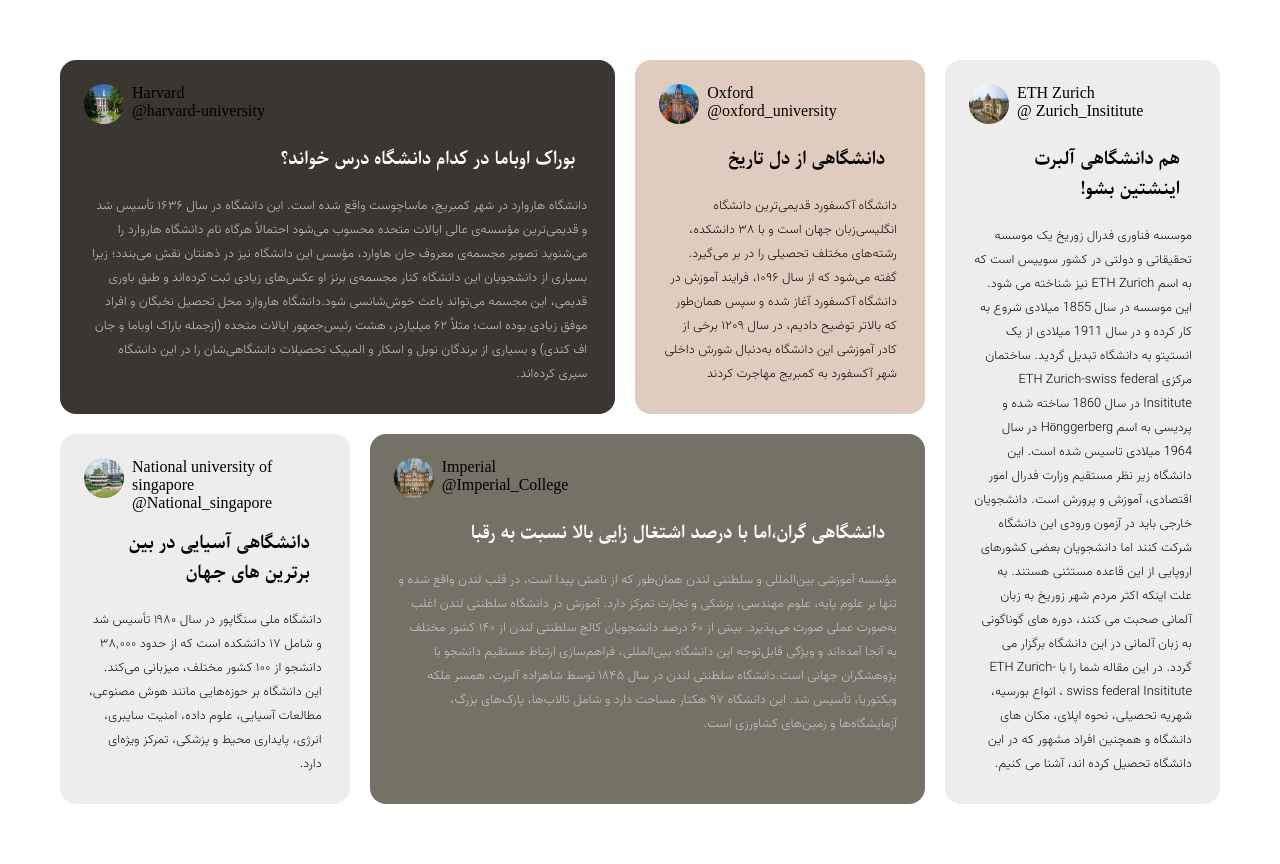
Repository: rahanwz/cards
Page: cards.html
An editor plug-in stored every save of this project. The page is shown before and after the next save, followed by the edit.
The browser window is 1280 px wide. The pictures show the whole page.

Above is the page before, as saved 2024-02-17 16:13:18.

### cards.html
<!DOCTYPE html>
<html lang="en">
  <head>
    <meta charset="UTF-8" />
    <meta name="viewport" content="width=device-width, initial-scale=1.0" />
    <title>Document</title>
    <link rel="stylesheet" href="cards.css" />
  </head>
  <body>
    <div class="container">
      <div class="boxcard1">
        <div class="cardcontainer big-card">
          <div class="card1">
            <div class="head">
              <div class="profile">
                <div class="profilecontaner">
                  <img
                    src="harvard-university-6591e0b9df73096be8d614ee.webp"
                    alt=""
                  />
                </div>
              </div>

              <div>
                <div class="user">Harvard</div>
                <div class="id">@harvard-university</div>
              </div>
            </div>
            <div class="descrip1" style="color: #ffffff;">بوراک اوباما در کدام دانشگاه درس خواند؟</div>
            <div class="descrip2" style=" color: #d0d0d0;">
              دانشگاه هاروارد در شهر کمبریج، ماساچوست واقع شده است. این دانشگاه
              در سال ۱۶۳۶ تأسیس شد و قدیمی‌ترین مؤسسه‌ی عالی ایالات متحده محسوب
              می‌شود احتمالاً هرگاه نام دانشگاه هاروارد را می‌شنوید تصویر
              مجسمه‌ی معروف جان هاوارد، مؤسس این دانشگاه نیز در ذهنتان نقش
              می‌بندد؛ زیرا بسیاری از دانشجویان این دانشگاه کنار مجسمه‌ی برنز او
              عکس‌های زیادی ثبت کرده‌اند و طبق باوری قدیمی، این مجسمه می‌تواند
              باعث خوش‌شانسی شود.دانشگاه هاروارد محل تحصیل نخبگان و افراد موفق
              زیادی بوده است؛ مثلاً ۶۲ میلیاردر، هشت‌ رئیس‌جمهور ایالات متحده
              (ازجمله باراک اوباما و جان اف کندی) و بسیاری از برندگان نوبل و
              اسکار و المپیک تحصیلات دانشگاهی‌شان را در این دانشگاه سپری
              کرده‌اند.
            </div>
          </div>
        </div>

        <div class="cardcontainer small-card">
          <div class="card2">
            <div class="head">
              <div class="profile">
                <div class="profilecontaner">
                  <img
                    src="oxford-university-jpg-6591b422df73096be8d6145c.webp"
                    alt=""
                  />
                </div>
              </div>
              <div>
                <div class="user">Oxford</div>
                <div class="id">@oxford_university</div>
              </div>
            </div>
            <div class="descrip1">دانشگاهی از دل تاریخ</div>
            <div class="descrip2">
              دانشگاه آکسفورد قدیمی‌ترین دانشگاه انگلیسی‌زبان جهان است و با ۳۸
              دانشکده، رشته‌های مختلف تحصیلی را در بر می‌گیرد. گفته می‌شود که از
              سال ۱۰۹۶، فرایند آموزش در دانشگاه آکسفورد آغاز شده و سپس همان‌طور
              که بالاتر توضیح دادیم، در سال ۱۲۰۹ برخی از کادر آموزشی این دانشگاه
              به‌دنبال شورش داخلی شهر آکسفورد به کمبریج مهاجرت کردند
            </div>
          </div>
        </div>

        <div class="cardcontainer small-card">
          <div class="card3">
            <div class="head">
              <div class="profile">
                <div class="profilecontaner">
                  <img src="nus-6591f1acdf73096be8d61515.webp" alt="" />
                </div>
              </div>

              <div>
                <div class="user">National university of singapore</div>
                <div class="id">@National_singapore</div>
              </div>
            </div>
            <div class="descrip1">دانشگاهی آسیایی در بین برترین های جهان</div>
            <div class="descrip2">
              دانشگاه ملی سنگاپور در سال ۱۹۸۰ تأسیس شد و شامل ۱۷ دانشکده‌ است که
              از حدود ۳۸٬۰۰۰ دانشجو از ۱۰۰ کشور مختلف، میزبانی می‌کند. این
              دانشگاه بر حوزه‌هایی مانند هوش مصنوعی، مطالعات آسیایی، علوم داده،
              امنیت سایبری، انرژی، پایداری محیط و پزشکی، تمرکز ویژه‌ای دارد.
            </div>
          </div>
        </div>
        <div class="cardcontainer big-card">
          <div class="card4">
            <div class="head">
              <div class="profile">
                <div class="profilecontaner">
                  <img
                    src="imperial-college-london-6591e911df73096be8d614fb.webp"
                    alt=""
                  />
                </div>
              </div>

              <div>
                <div class="user">Imperial</div>
                <div class="id">@Imperial_College</div>
              </div>
            </div>
            <div class="descrip1" style="color: #ffffff;">
              دانشگاهی گران،اما با درصد اشتغال زایی بالا نسبت به رقبا
            </div>
            <div class="descrip2" style="color: #cfcfcf;">
              مؤسسه آموزشی بین‌المللی و سلطنتی لندن همان‌طور که از نامش پیدا
              است، در قلب لندن واقع شده و تنها بر علوم پایه، علوم مهندسی، پزشکی
              و تجارت تمرکز دارد. آموزش در دانشگاه سلطنتی لندن اغلب به‌صورت عملی
              صورت می‌پذیرد. بیش از ۶۰ درصد دانشجویان کالج سلطنتی لندن از ۱۴۰
              کشور مختلف به آنجا آمده‌اند و ویژگی قابل‌توجه این دانشگاه
              بین‌المللی، فراهم‌سازی ارتباط مستقیم دانشجو با پژوهشگران جهانی
              است.دانشگاه سلطنتی لندن در سال ۱۸۴۵ توسط شاهزاده آلبرت، همسر ملکه
              ویکتوریا، تأسیس شد. این دانشگاه ۹۷ هکتار مساحت دارد و شامل
              تالاب‌ها، پارک‌های بزرگ، آزمایشگاه‌ها و زمین‌های کشاورزی است.
            </div>
          </div>
        </div>
      </div>
      <div class="boxcard2">
        <div class="cardcontainer">
          <div class="card5">
            <div class="head">
              <div class="profile">
                <div class="profilecontaner">
                  <img src="zurich-eth-6591f083df73096be8d6150c.webp" alt="" />
                </div>
              </div>

              <div>
                <div class="user">ETH Zurich</div>
                <div class="id">@ Zurich_Insititute</div>
              </div>
            </div>
            <div class="descrip1" ">هم دانشگاهی آلبرت اینشتین بشو!</div>
            <div class="descrip2">
              موسسه فناوری فدرال زوریخ یک موسسه تحقیقاتی و دولتی در کشور سوییس
              است که به اسم ETH Zurich نیز شناخته می شود. این موسسه در سال 1855
              میلادی شروع به کار کرده و در سال 1911 میلادی از یک انستیتو به
              دانشگاه تبدیل گردید. ساختمان مرکزی ETH Zurich-swiss federal
              Insititute در سال 1860 ساخته شده و پردیسی به اسم Hönggerberg در
              سال 1964 میلادی تاسیس شده است. این دانشگاه زیر نظر مستقیم وزارت
              فدرال امور اقتصادی، آموزش و پرورش است. دانشجویان خارجی باید در
              آزمون ورودی این دانشگاه شرکت کنند اما دانشجویان بعضی کشورهای
              اروپایی از این قاعده مستثنی هستند. به علت اینکه اکثر مردم شهر
              زوریخ به زبان آلمانی صحبت می کنند، دوره های گوناگونی به زبان
              آلمانی در این دانشگاه برگزار می گردد. در این مقاله شما را با ETH
              Zurich-swiss federal Insititute ، انواع بورسیه، شهریه تحصیلی، نحوه
              اپلای، مکان های دانشگاه و همچنین افراد مشهور که در این دانشگاه
              تحصیل کرده اند، آشنا می کنیم.
            </div>
          </div>
        </div>
      </div>
    </div>
  </body>
</html>

### cards.css
* {
  padding: 0;
  margin: 0;
  box-sizing: border-box;
}

.container {
  display: flex;
  flex-direction: column;
  width: 100%;
  height: auto;
  padding: 3rem 2.5rem;
}

.head {
  display: flex;
}

.cardcontainer {
  width: 100%;
  padding: 10px;
}

.card1 {
  background-color: #3c3633;
  padding: 1.5rem;
  border-radius: 1rem;
}
.profile img {
  width: 40px;
  height: 40px;
  margin-right: 0.5rem;
  border-radius: 50%;
}

.descrip {
  padding-top: 1.5rem;
}

.card2 {
  background-color: #e0ccbe;
  padding: 1.5rem;
  border-radius: 1rem;
}
.card3 {
  background-color: #eeedeb;
  padding: 1.5rem;
  border-radius: 1rem;
}
.card4 {
  padding: 1.5rem;
  border-radius: 1rem;
  background-color: #747264;
}

.card5 {
  background-color: #eeedeb;
  padding: 1.5rem;
  border-radius: 1rem;
}

@media (min-width: 1024px) {
  .container {
    flex-direction: row;
    padding: 50px;
    height: 100%;
  }

  .boxcard1 {
    display: flex;
    width: 75%;
    height:20%;
    flex-wrap: wrap;

  }

  .boxcard2 {
    width: 25%;
      height: 65%;
  }

  .big-card {
    width: 65%;
  }
  .small-card {
    width: 35%;
  }
  .card1,.card2,.card3,.card4,.card5{
    height: 100%;
  }

}
.descrip1,
.descrip2 {
  direction: rtl;
}

.descrip1{
 font-size:1.1rem;
 padding: 1rem;
 font-family: titr;
}

.descrip2{
  padding: .25rem;
  font-size:.80rem;
  line-height:1.5rem;
  font-family:des;
}


@font-face{
  font-family:titr;
  src: url(font/Parastoo-Bold-FD-WOL.woff);
}



@font-face{
  font-family:des;
  src: url(font/Vazir-Thin.woff2);
}

After the next save:
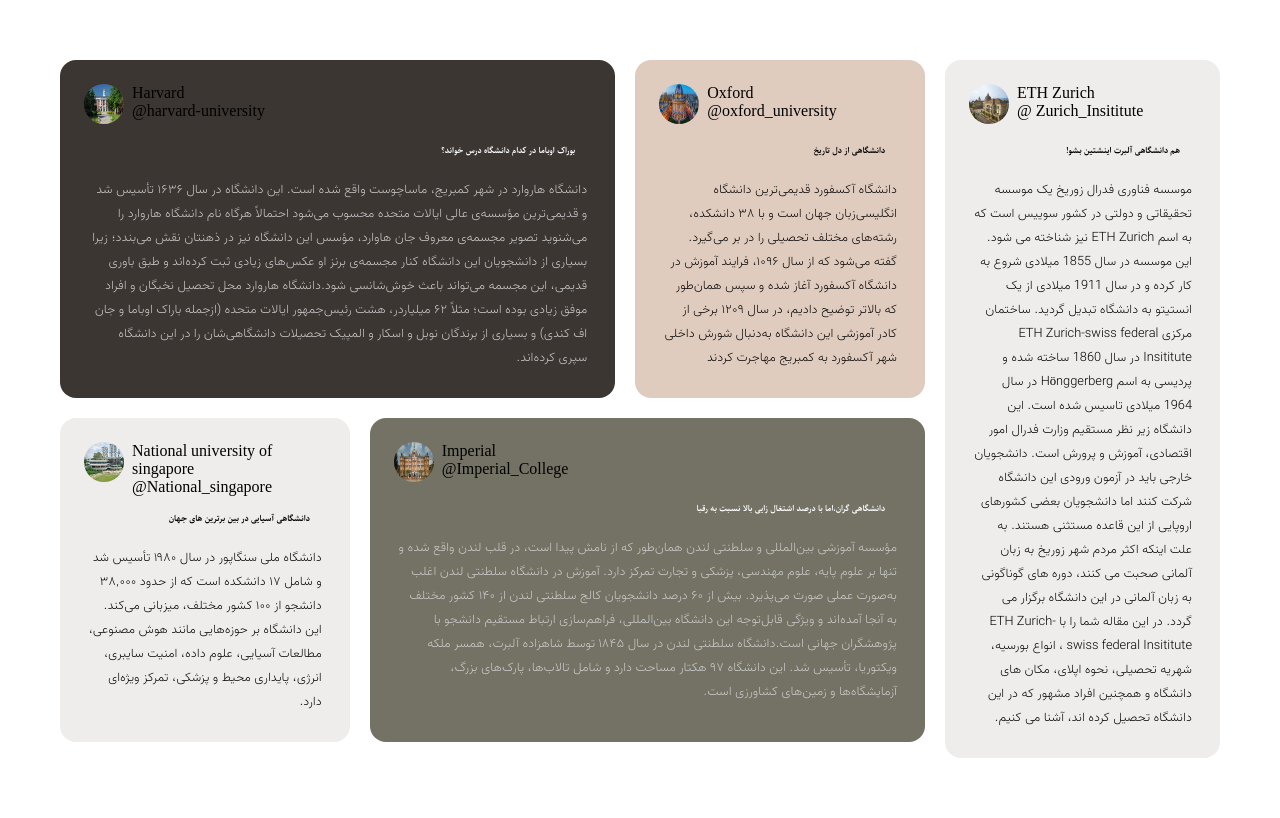
Saved 117 s later.
--- a/cards.css
+++ b/cards.css
@@ -96,7 +96,7 @@
 }
 
 .descrip1{
- font-size:1.1rem;
+ font-size:.5rem;
  padding: 1rem;
  font-family: titr;
 }
